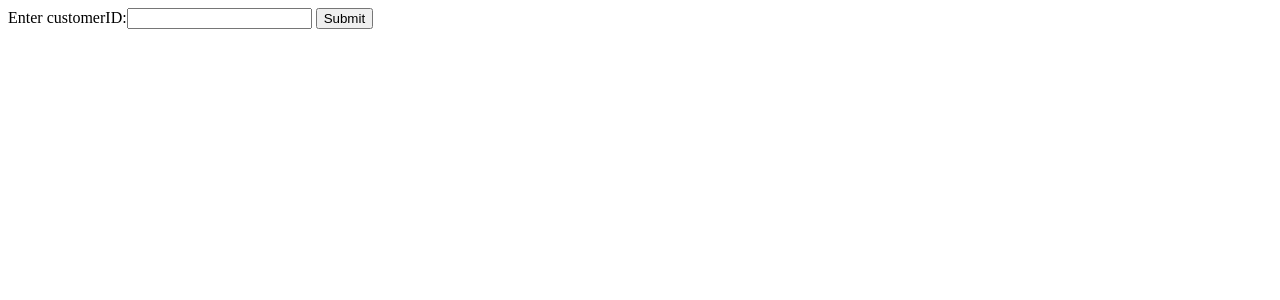
Repository: suma94/MyProjects
Page: http://localhost/SelfServiceSales/SuspendRestore.jsp
An editor plug-in stored every save of this project. The page is shown before and after the next save, followed by the edit.
The browser window is 1280 px wide. The pictures show the whole page.
The page is served by Tomcat 9.

Above is the page before, as saved 2015-08-26 03:24:46.

After the next save:
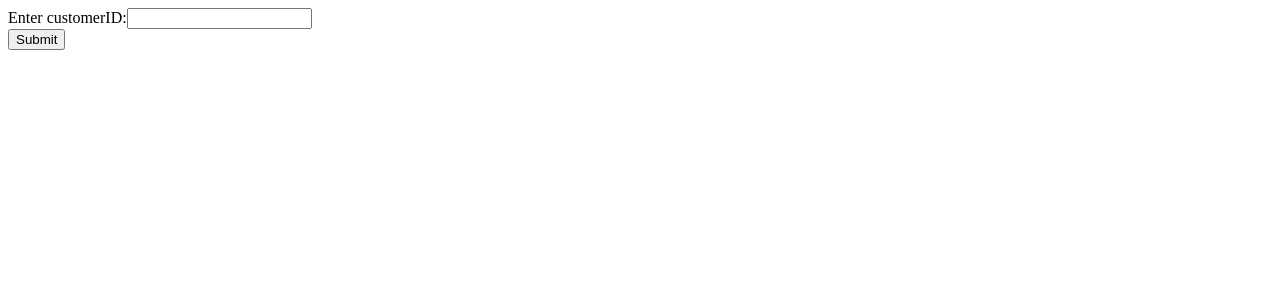
Saved 7 min 25 s later.
--- a/SelfServiceSales/WebContent/SuspendRestore.jsp
+++ b/SelfServiceSales/WebContent/SuspendRestore.jsp
@@ -8,7 +8,7 @@
 </head>
 <body>
 <form action="Suspend" method="post">
-Enter customerID:<input type="text" name="customerID">
+Enter customerID:<input type="text" name="customerID"><br>
 <input type="submit"  value="Submit"name="Suspend">
 </form>
 </body>
